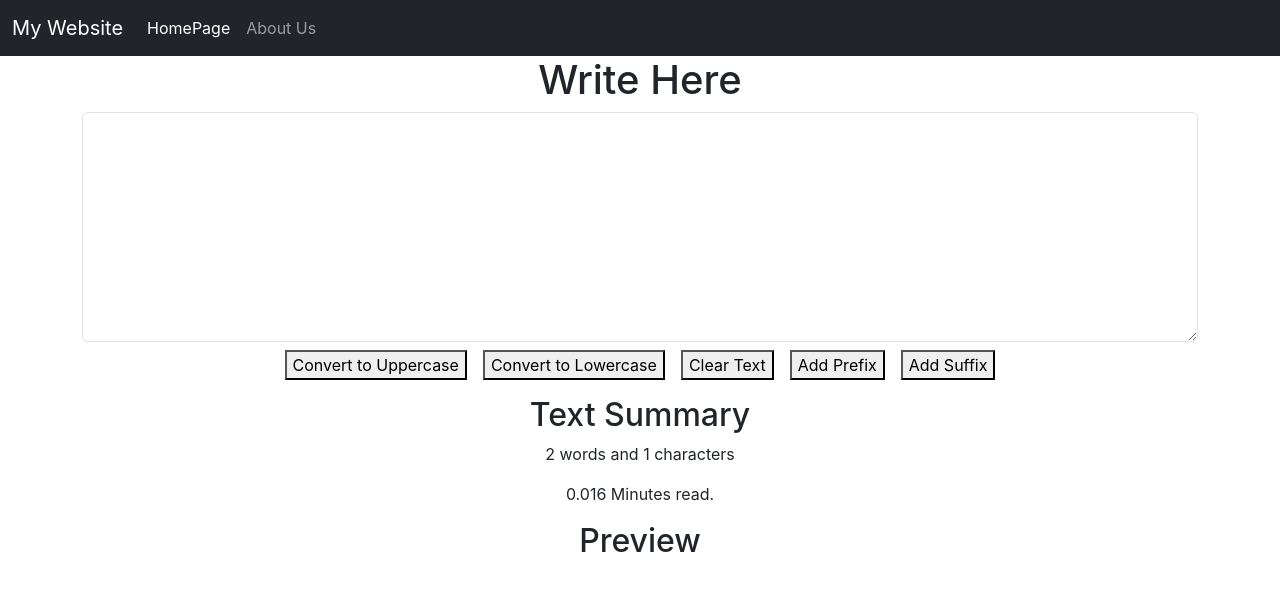
Repository: WajihaGul/Reactjs
Page: /
An editor plug-in stored every save of this project. The page is shown before and after the next save, followed by the edit.
The browser window is 1280 px wide. The pictures show the whole page.
The project was rebuilt for these pictures with package versions that can differ from the ones it lists, and the page was loaded fresh each time. Also part of the build but not shown: src/Components/Alert.js, src/Components/About.js.

Above is the page before, as saved 2024-02-12 20:22:43.

### public/index.html
<!DOCTYPE html>
<html lang="en">
  <head>
    <meta charset="utf-8" />
    <link rel="icon" href="favicon-16x16.png" />
    <meta name="viewport" content="width=device-width, initial-scale=1" />
    <meta name="theme-color" content="#000000" />
    <meta
      name="TextUtils"
      content="Web site created using create-react-app"
    />
    <link rel="apple-touch-icon" href="%PUBLIC_URL%/logo192.png" />
    <!--
      manifest.json provides metadata used when your web app is installed on a
      user's mobile device or desktop. See https://developers.google.com/web/fundamentals/web-app-manifest/
    -->
    <link rel="manifest" href="%PUBLIC_URL%/manifest.json" />
    <!--
      Notice the use of %PUBLIC_URL% in the tags above.
      It will be replaced with the URL of the `public` folder during the build.
      Only files inside the `public` folder can be referenced from the HTML.

      Unlike "/favicon.ico" or "favicon.ico", "%PUBLIC_URL%/favicon.ico" will
      work correctly both with client-side routing and a non-root public URL.
      Learn how to configure a non-root public URL by running `npm run build`.
    -->


    <link href="https://cdn.jsdelivr.net/npm/bootstrap@5.3.2/dist/css/bootstrap.min.css" rel="stylesheet" integrity="sha384-T3c6CoIi6uLrA9TneNEoa7RxnatzjcDSCmG1MXxSR1GAsXEV/Dwwykc2MPK8M2HN" crossorigin="anonymous">
    <title>TextUtils</title>

  </head>
  <body>
    <noscript>You need to enable JavaScript to run this app.</noscript>
    <div id="root"></div>
    <script src="https://cdn.jsdelivr.net/npm/bootstrap@5.3.2/dist/js/bootstrap.bundle.min.js" integrity="sha384-C6RzsynM9kWDrMNeT87bh95OGNyZPhcTNXj1NW7RuBCsyN/o0jlpcV8Qyq46cDfL" crossorigin="anonymous"></script>

  </body>
</html>

### src/App.js
import './App.css';
import Navbar from './Components/Navbar';
import Alert from './Components/Alert';
import TextArea from  './Components/TextArea';
import About from './Components/About';
import React, { useState } from 'react';
import {
  BrowserRouter as Router,
  Routes,
  Route,
} from "react-router-dom";

function App() {
const  [alert, setAlert] = useState(null);

const showAlert=(message,type)=>{
  setAlert({
    msg:message,
    type:type
  });
  setTimeout(()=>{
    setAlert(null)
  },3000);
}


return (
  <Router>
    <div className="App">
      <Navbar title="My Website" about="About Us" home="HomePage" />
      <Alert alert={alert} />
      <Routes>
        <Route path="/" element={<TextArea showAlert={showAlert} />} />
        <Route path="/about" element={<About />} />
      </Routes>
    </div>
  </Router>
);
}

export default App;

### src/Components/Navbar.js
import React from 'react'
import PropTypes from 'prop-types'
import { Link } from 'react-router-dom'
export default function Navbar(props) {
  return (
    <nav className="navbar navbar-expand-lg navbar-dark bg-dark">
        <div className="container-fluid">
          <Link className="navbar-brand" to="/">{props.title}</Link>
          <button className="navbar-toggler" type="button" data-bs-toggle="collapse" data-bs-target="#navbarSupportedContent" aria-controls="navbarSupportedContent" aria-expanded="false" aria-label="Toggle navigation">
            <span className="navbar-toggler-icon"></span>
          </button>
          <div className="collapse navbar-collapse" id="navbarSupportedContent">
            <ul className="navbar-nav me-auto mb-2 mb-lg-0">
              <li className="nav-item">
                <Link className="nav-link active" aria-current="page" to="/">{props.home}</Link>
              </li>
              <li className="nav-item">
                <Link className="nav-link" to="/About">{props.about}</Link>
              </li>

            </ul>
            {/*<form className="d-flex" role="search">
              <input className="form-control me-2" type="search" placeholder="Search" aria-label="Search"/>
              <button className="btn btn-outline-success" type="submit">Search</button>
            </form>

            <div className="form-check form-switch">
              <input className="form-check-input" onClick={props.switchMode} type="checkbox" role="switch" id="flexSwitchCheckDefault" />
               <label className="form-check-label" htmlFor="flexSwitchCheckDefault">Switch Mode</label>
              </div>

                <div className={`form-check form-switch text-${props.mode==='light'?'dark':'light'}`}>
                        <input className="form-check-input" onClick={props.toggleMode} type="checkbox" id="flexSwitchCheckDefault"/>
                        <label className="form-check-label" htmlFor="flexSwitchCheckDefault">Enable DarkMode</label>
                    </div>
                    */}
          </div>
        </div>
      </nav>
  )
}
Navbar.propTypes = {
    title: PropTypes.string ,
    about: PropTypes.string ,
    home: PropTypes.string
}
Navbar.defaultProps = {
    title : "Home",
    about : "About",

}

### src/Components/TextArea.js
import { useState } from "react"
import React from 'react'

export default function TextArea(props) {

    const textOnChange=(event)=>{
        setText(event.target.value);
    }

    const textUpper=()=>{
        let newText=text.toUpperCase();
        setText(newText);
        props.showAlert("Text converted to UpperCase","success")
    }

    const textLower=()=>{
        let newText=text.toLowerCase();
        setText(newText);
        props.showAlert("Text converted to LowerCase","success")
    }

    const textClear=()=>{
        let newText=' ';
        setText(newText);
        props.showAlert("Cleared the Text Area","success");
    }

    const prefixText=()=>{
        let newText='New Text ' +text;
        setText(newText);
        props.showAlert(`Added Prefix to the Text`,"success")
    }

    const suffixText=()=>{
        let newText= text + ' New Text ';
        setText(newText);
        props.showAlert('Appended Suffix to the Text','success')
    }

    const [text,setText]=useState(' ');

    return (
   <>
    <div className='container'>
        <h1>Write Here</h1>
  <textarea className="form-control" value={text} onChange={textOnChange} id="floatingTextarea" rows={9}></textarea>
  <button className="btn1  mx-2 my-2" onClick={textUpper}  >Convert to Uppercase</button>
  <button className="btn2 mx-2 my-2" onClick={textLower}  >Convert to Lowercase</button>
  <button className="btn3 mx-2 " onClick={textClear}  >Clear Text</button>
  <button className="btn4 mx-2 " onClick={prefixText}  >Add Prefix</button>
  <button className="btn5 mx-2 " onClick={suffixText}  >Add Suffix</button>

  </div>
  <div className="container my-2">
    <h2 >Text Summary</h2>
    <p>{text.split(' ').length} words and {text.length} characters</p>
    <p>{0.008*text.split(' ').length} Minutes read.</p>
    <h2>Preview</h2>
    <p><b>{text}</b></p>
  </div>
  </>
  )
}

Loaded but not shown: src/index.js (common file); src/index.css (common file); src/reportWebVitals.js (common file); src/App.css (common file)

After the next save:
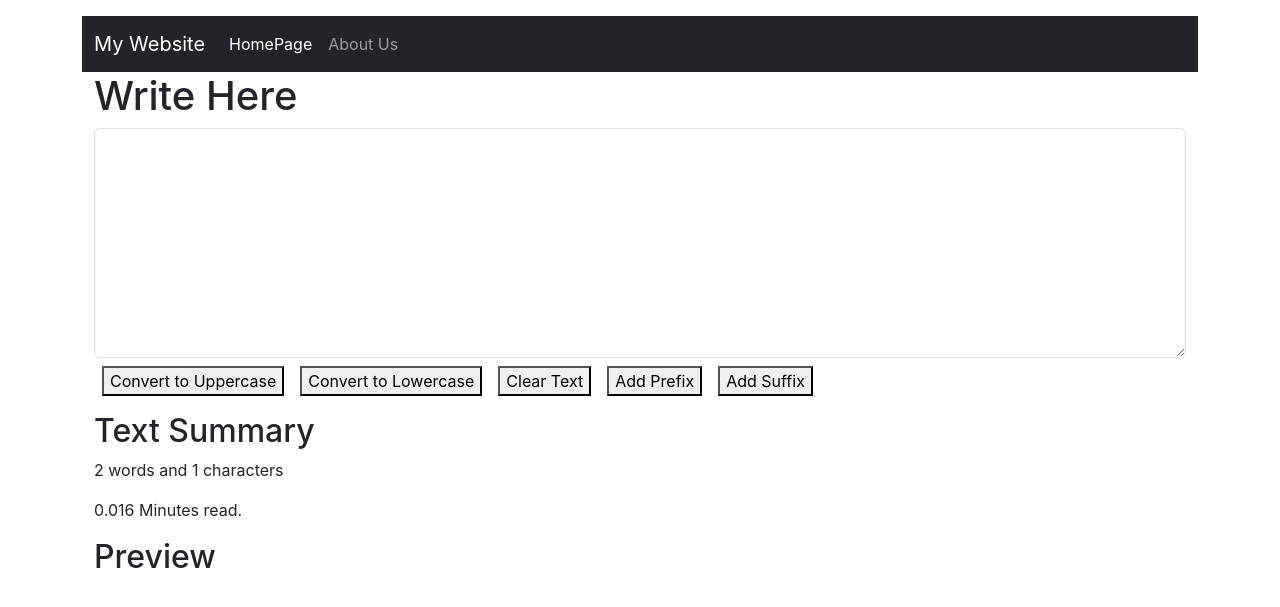
Saved 7 min 46 s later.
--- a/src/App.js
+++ b/src/App.js
@@ -26,7 +26,7 @@ const showAlert=(message,type)=>{
 
 return (
   <Router>
-    <div className="App">
+    <div className="container my-3">
       <Navbar title="My Website" about="About Us" home="HomePage" />
       <Alert alert={alert} />
       <Routes>
